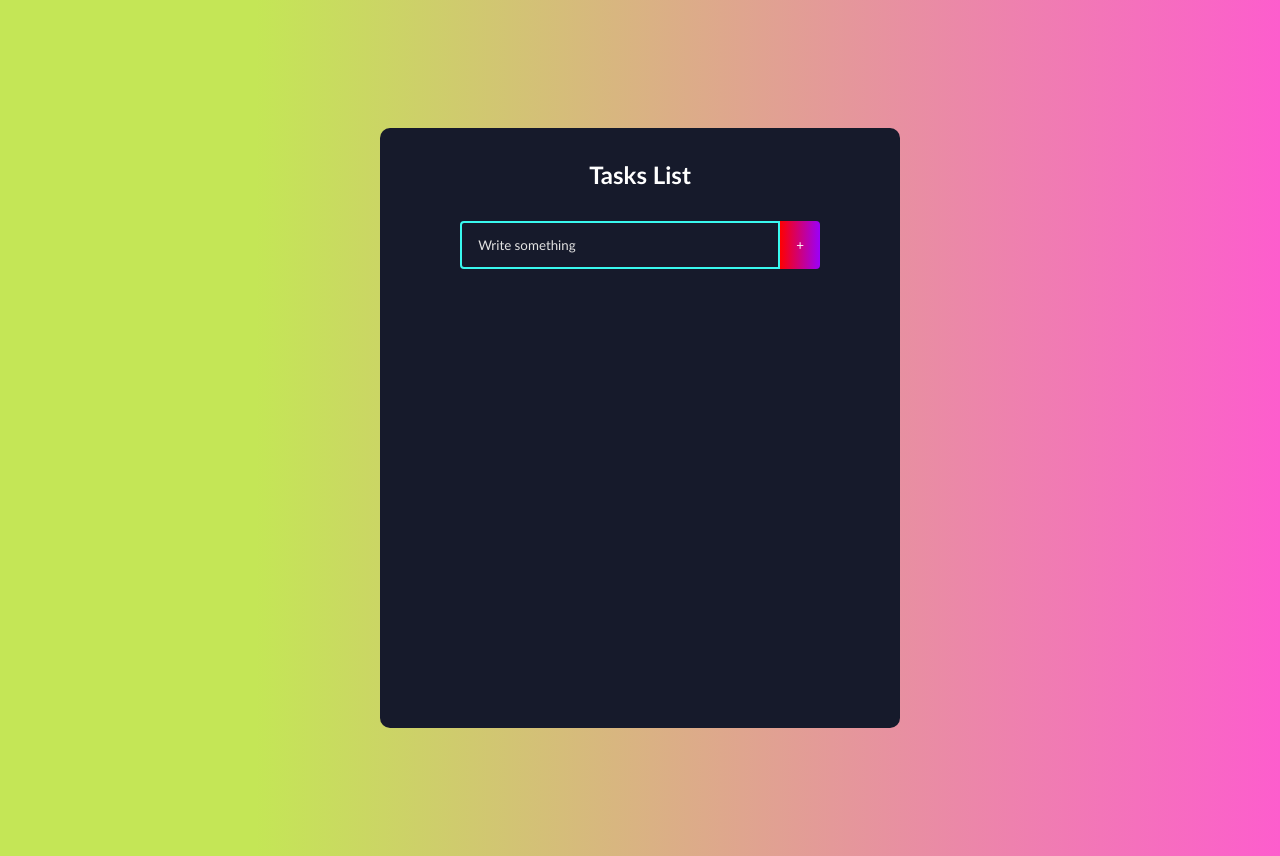
Repository: pratham0305/LGMVIP-Task-01
Page: /
The author's editor kept a copy of each file at every save. The page is drawn from the files as they stood at one save, then again after a run of saves.
The browser window is 1280 px wide. The pictures show the whole page.
The project was rebuilt for these pictures with package versions that can differ from the ones it lists, and the page was loaded fresh each time. Also part of the build but not shown: src/components/Todo.js.

Above is the page before, as saved 2022-03-21 17:16:17.

### public/index.html
<!DOCTYPE html>
<html lang="en">
  <head>
    <meta charset="utf-8" />
    <link rel="icon" href="%PUBLIC_URL%/favicon.ico" />
    <meta name="viewport" content="width=device-width, initial-scale=1" />
    <meta name="theme-color" content="#000000" />
    <meta
      name="description"
      content="Web site created using create-react-app"
    />
    <link rel="apple-touch-icon" href="%PUBLIC_URL%/logo192.png" />
    <!--
      manifest.json provides metadata used when your web app is installed on a
      user's mobile device or desktop. See https://developers.google.com/web/fundamentals/web-app-manifest/
    -->
    <link rel="manifest" href="%PUBLIC_URL%/manifest.json" />
    <!--
      Notice the use of %PUBLIC_URL% in the tags above.
      It will be replaced with the URL of the `public` folder during the build.
      Only files inside the `public` folder can be referenced from the HTML.

      Unlike "/favicon.ico" or "favicon.ico", "%PUBLIC_URL%/favicon.ico" will
      work correctly both with client-side routing and a non-root public URL.
      Learn how to configure a non-root public URL by running `npm run build`.
    -->
    <title>Task-2</title>
  </head>
  <body>
    <noscript>You need to enable JavaScript to run this app.</noscript>
    <div id="root"></div>
    <!--
      This HTML file is a template.
      If you open it directly in the browser, you will see an empty page.

      You can add webfonts, meta tags, or analytics to this file.
      The build step will place the bundled scripts into the <body> tag.

      To begin the development, run `npm start` or `yarn start`.
      To create a production bundle, use `npm run build` or `yarn build`.
    -->
  </body>
</html>

### src/App.css
* {
  box-sizing: border-box;
  margin: 0;
  padding: 0;
  font-family: 'Trebuchet MS', 'Lucida Sans Unicode', 'Lucida Grande',
    'Lucida Sans', Arial, sans-serif;
}

body {
  background: linear-gradient(
    90deg,
    rgb(196, 230, 86) 20%,
    rgb(253, 93, 205) 100%
  );
}
.todo-app {
  display: flex;
  flex-direction: column;
  justify-content: start;
  width: 520px;
  min-height: 600px;
  background: #161a2b;
  text-align: center;
  margin: 128px auto;
  border-radius: 10px;
  padding-bottom: 32px;
}

h1 {
  margin: 32px 0;
  color: #fff;
  font-size: 24px;
}

.complete {
  text-decoration: line-through;
  opacity: 0.4;
}

.todo-form {
  margin-bottom: 32px;
}

.todo-input {
  padding: 14px 32px 14px 16px;
  border-radius: 4px 0 0 4px;
  border: 2px solid #39f8ef;
  outline: none;
  width: 320px;
  background: transparent;
  color: rgb(255, 252, 96);
}

.todo-input::placeholder {
  color: #e2e2e2;
}

.todo-button {
  padding: 16px;
  border: none;
  border-radius: 0 4px 4px 0;
  cursor: pointer;
  outline: none;
  background: linear-gradient(
    90deg,
    rgb(255, 0, 0) 0%,
    rgba(155, 0, 250, 1) 100%
  );
  color: #fff;
  text-transform: capitalize;
}

.todo-input.edit {
  border: 2px solid #149fff;
}

.todo-button.edit {
  background: linear-gradient(
    90deg,
    rgba(20, 159, 255, 1) 0%,
    rgba(17, 122, 255, 1) 100%
  );
  padding: 16px 22px;
}

.todo-container {
  display: flex;
  flex-direction: row;
  position: relative;
}

.todo-row {
  display: flex;
  justify-content: space-between;
  align-items: center;
  margin: 4px auto;
  color: #fff;
  background: linear-gradient(
    90deg,
    rgba(255, 118, 20, 1) 0%,
    rgba(255, 84, 17, 1) 100%
  );

  padding: 16px;
  border-radius: 5px;
  width: 90%;
}

.todo-row:nth-child(4n + 1) {
  background: linear-gradient(
    90deg,
    rgba(93, 12, 255, 1) 0%,
    rgba(155, 0, 250, 1) 100%
  );
}

.todo-row:nth-child(4n + 2) {
  background: linear-gradient(
    90deg,
    rgba(255, 12, 241, 1) 0%,
    rgba(250, 0, 135, 1) 100%
  );
}

.todo-row:nth-child(4n + 3) {
  background: linear-gradient(
    90deg,
    rgba(20, 159, 255, 1) 0%,
    rgba(17, 122, 255, 1) 100%
  );
}

.icons {
  display: flex;
  align-items: center;
  font-size: 24px;
  cursor: pointer;
}

.delete-icon {
  margin-right: 5px;
  color: #fff;
}

.edit-icon {
  color: #fff;
}

### src/components/TodoList.js
import React, { useState } from 'react';
import TodoForm from './TodoForm';
import Todo from './Todo';

function TodoList() {
  const [todos, setTodos] = useState([]);

  const addTodo = todo => {
    if (!todo.text || /^\s*$/.test(todo.text)) {
      return;
    }

    const newTodos = [todo, ...todos];

    setTodos(newTodos);
    console.log(...todos);
  };

  const updateTodo = (todoId, newValue) => {
    if (!newValue.text || /^\s*$/.test(newValue.text)) {
      return;
    }

    setTodos(prev => prev.map(item => (item.id === todoId ? newValue : item)));
  };

  const removeTodo = id => {
    const removedArr = [...todos].filter(todo => todo.id !== id);

    setTodos(removedArr);
  };

  const completeTodo = id => {
    let updatedTodos = todos.map(todo => {
      if (todo.id === id) {
        todo.isComplete = !todo.isComplete;
      }
      return todo;
    });
    setTodos(updatedTodos);
  };

  return (
    <>
      <h1> Tasks List</h1>
      <TodoForm onSubmit={addTodo} />
      <Todo
        todos={todos}
        completeTodo={completeTodo}
        removeTodo={removeTodo}
        updateTodo={updateTodo}
      />
    </>
  );
}

export default TodoList;

### src/components/TodoForm.js
import React, { useState, useEffect, useRef } from 'react';

function TodoForm(props) {
  const [input, setInput] = useState(props.edit ? props.edit.value : '');

  const inputRef = useRef(null);

  useEffect(() => {
    inputRef.current.focus();
  });

  const handleChange = e => {
    setInput(e.target.value);
  };

  const handleSubmit = e => {
    e.preventDefault();

    props.onSubmit({
      id: Math.floor(Math.random() * 10000),
      text: input
    });
    setInput('');
  };

  return (
    <form onSubmit={handleSubmit} className='todo-form'>
      {props.edit ? (
        <>
          <input
            placeholder='Update your item'
            value={input}
            onChange={handleChange}
            name='text'
            ref={inputRef}
            className='todo-input edit'
          />
          <button onClick={handleSubmit} className='todo-button edit'>
            Edit
          </button>
        </>
      ) : (
        <>
          <input
            placeholder='Write something'
            value={input}
            onChange={handleChange}
            name='text'
            className='todo-input'
            ref={inputRef}
          />
          <button onClick={handleSubmit} className='todo-button'>+
          </button>
        </>
      )}
    </form>
  );
}

export default TodoForm;

Loaded but not shown: src/index.js (common file); src/index.css (common file); src/App.js (common file); src/reportWebVitals.js (common file)

After the next 2 saves:
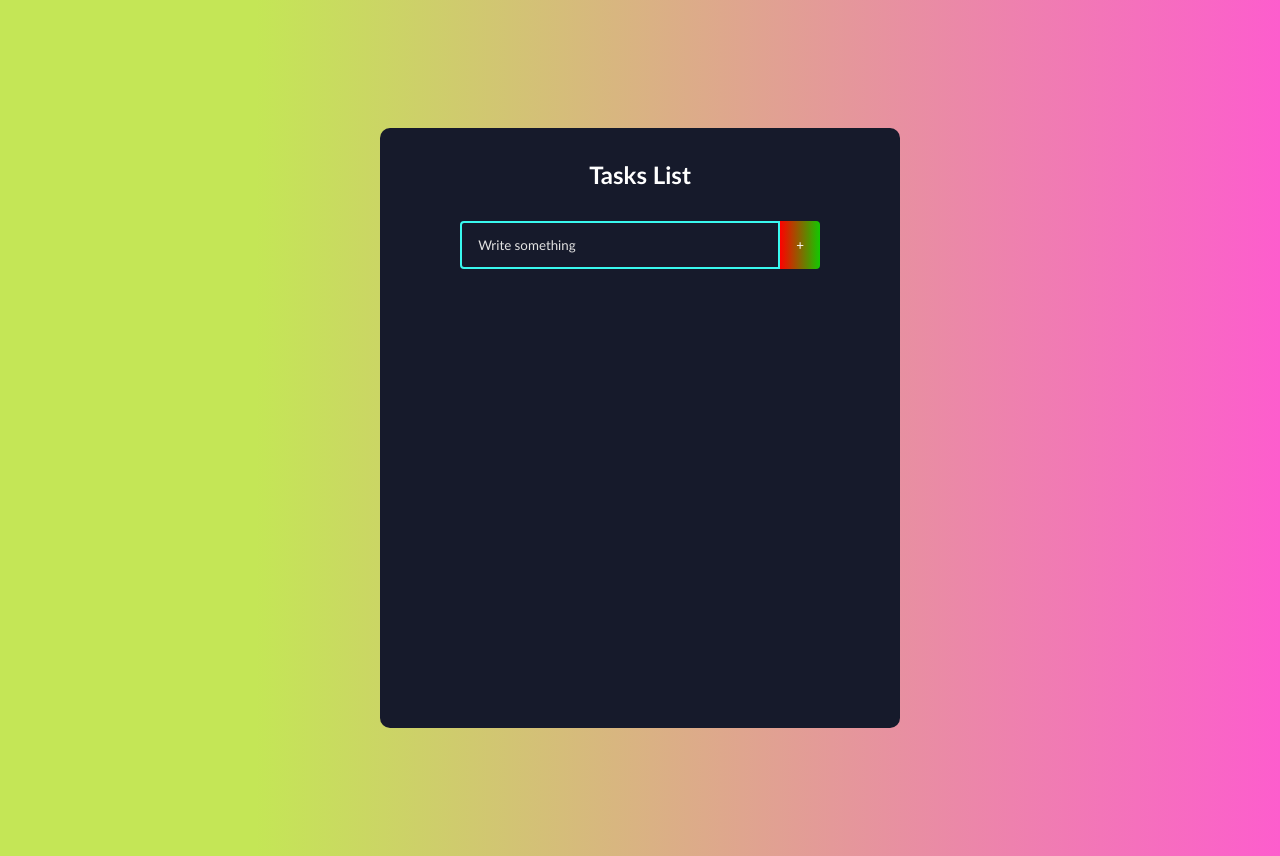
The 2 saves are shown as one change because they came seconds apart.
The last was saved 12 s later.
--- a/src/App.css
+++ b/src/App.css
@@ -64,7 +64,7 @@ h1 {
   background: linear-gradient(
     90deg,
     rgb(255, 0, 0) 0%,
-    rgba(155, 0, 250, 1) 100%
+    rgb(18, 201, 1) 100%
   );
   color: #fff;
   text-transform: capitalize;
